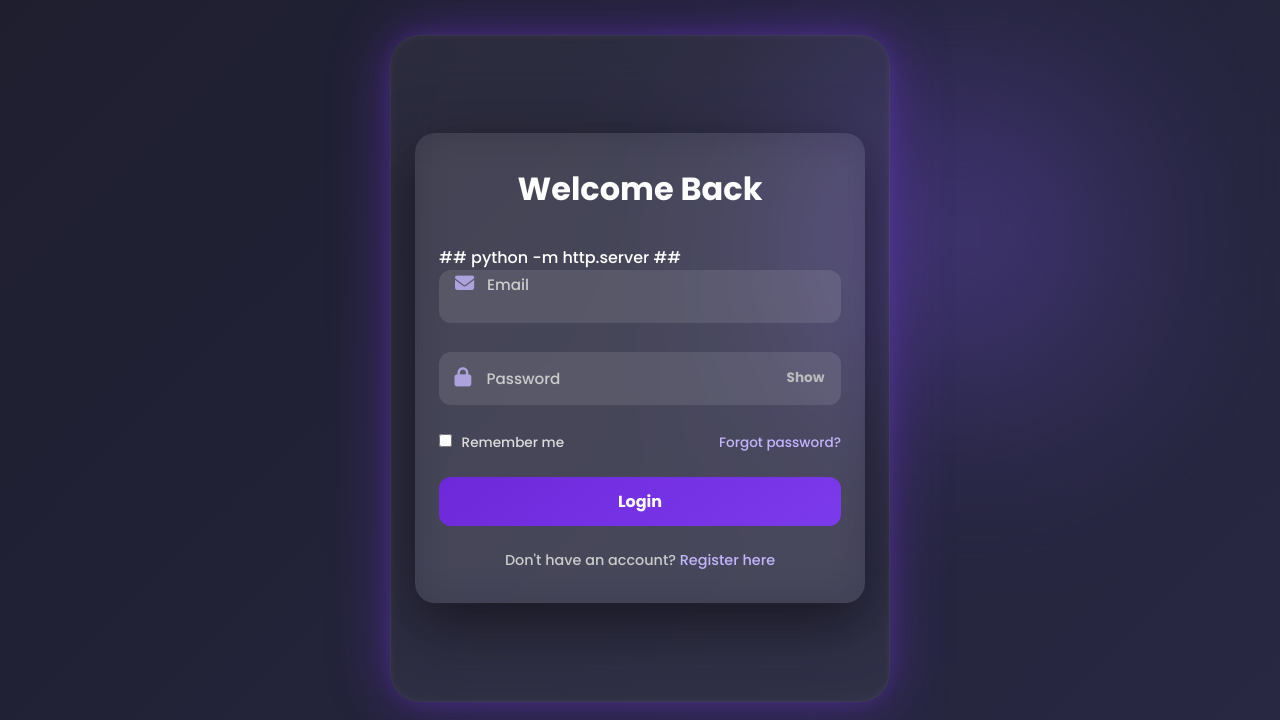
Repository: Punith-Singh/chatbot
Page: frontend/login.html
An editor plug-in stored every save of this project. The page is shown before and after the next save, followed by the edit.
The browser window is 1280 px wide. The pictures show the whole page.

Above is the page before, as saved 2025-07-20 15:05:18.

After the next save:
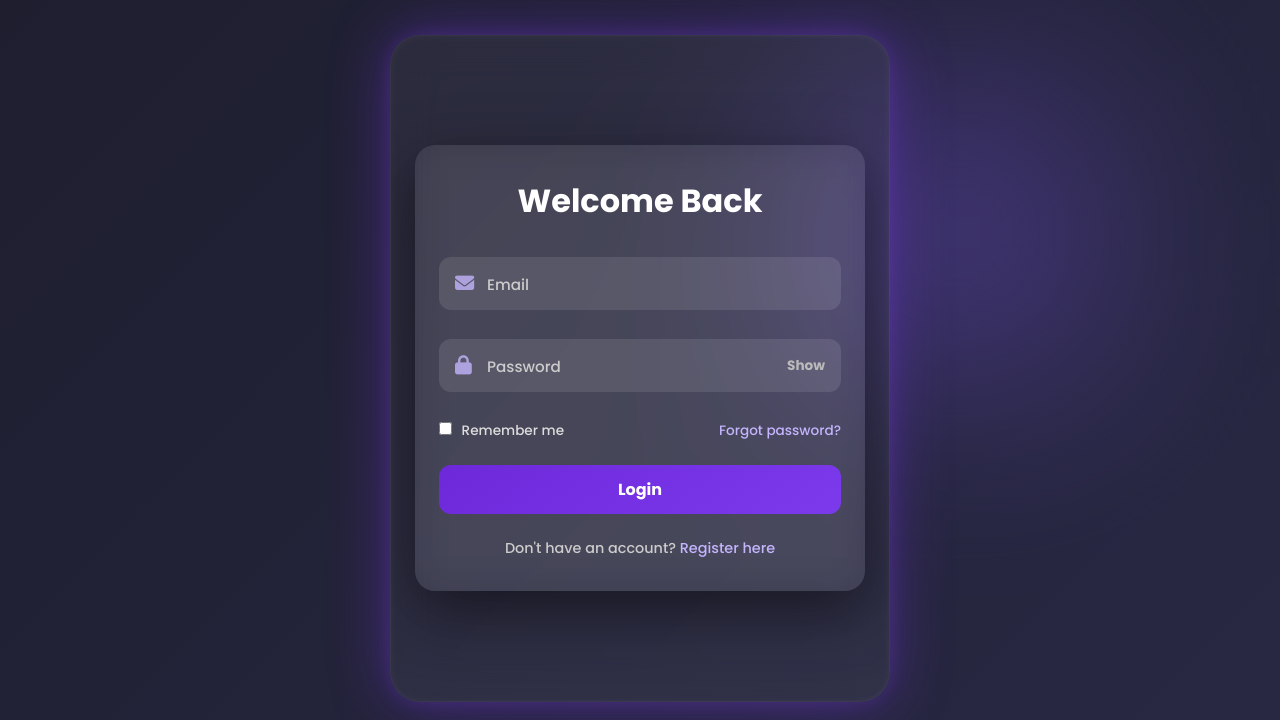
Saved 11 s later.
--- a/frontend/login.html
+++ b/frontend/login.html
@@ -295,7 +295,7 @@
         <h2>Welcome Back</h2>
 
         <div class="form-group">
-          <i class="fa-solid fa-envelope icon"></i>                         ## python -m http.server ##
+          <i class="fa-solid fa-envelope icon"></i>
           <input type="email" id="email" placeholder=" " required />
           <label for="email">Email</label>
         </div>
